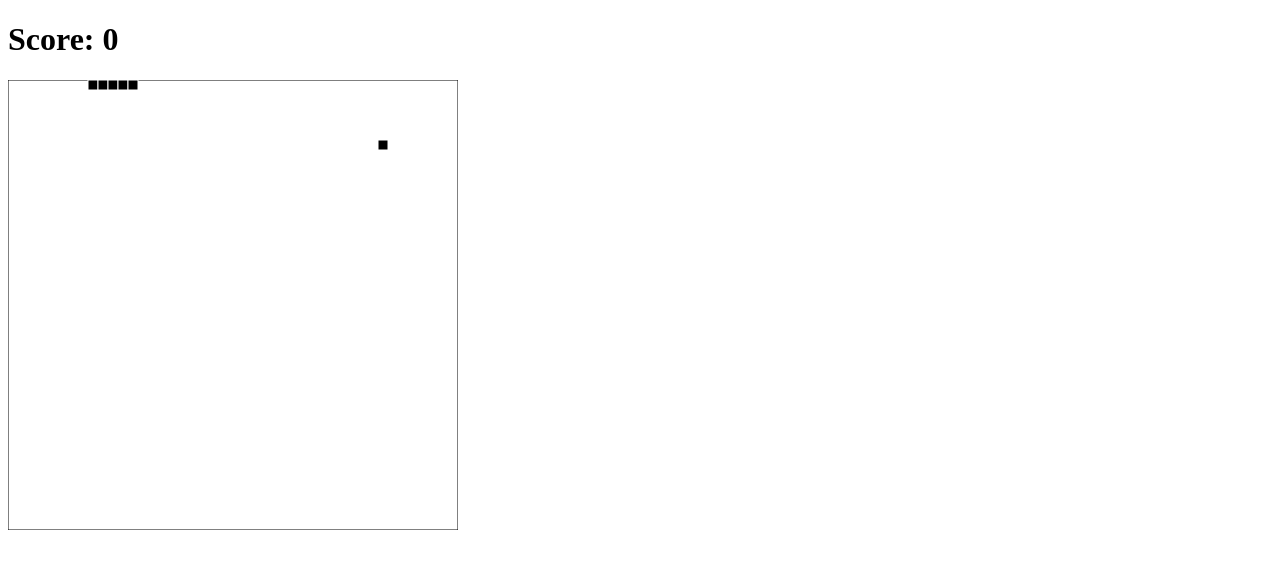
Repository: MasDhuha/games_classicSnake
Page: http://localhost/
The author's editor kept a record of every edit. The page is drawn from the files as they stood at one moment, then again after the next edit.
The browser window is 1280 px wide. The pictures show the whole page.
Some web libraries are served in a nearby version. The page is served by the project's Node server (index.js).

Above is the page before.

### index.html
<!DOCTYPE html>
<html>

<head>
    <title>Classic Snake Game</title>
    <script src="http://ajax.googleapis.com/ajax/libs/jquery/1.7.1/jquery.min.js" type="text/javascript"></script>
    <script type="text/javascript" src="/snake.js"></script>
    <script type="text/javascript" src="/environment.js"></script>
    <script type="text/javascript">
        var s = undefined;
        var env = undefined;
        var ctx = undefined;
        $(document).ready(function() {
            var canvas = $('#canvas')[0];
            ctx = canvas.getContext("2d");

            env = new environment(canvas, ctx);
            env.init();

            s = new snake(env, ctx);
            s.start();

        });
    </script>
</head>

<body>
    <h1>
        Score: <span id="score"></span>
    </h1>
    <canvas id="canvas" width="450" height="450"></canvas>
</body>

</html>

### index.js
var express = require('express');
var fs = require('fs');
var path = require('path');
var app = express();

app.use(express.static('public'));

app.get('/',function(req,res){
    res.sendFile(path.join(__dirname, './index.html'));
});

app.listen('3003','0.0.0.0',function(){
   console.log('started on port 3003') ;
});

### public/snake.js
 var snake = function(environment, ctx) {
     var that = this;

     this.ctx = ctx;
     this.env = environment;
     this.defaultSize = 10;
     this.initialSize = 5;
     this.body_array = [];
     this.locked = false;
     this.direction = 'r';
     this.intervalEngine = undefined;
     this.currentFood = {};

     this.start = function() {
         that.env.clear();

         that.body_array = [];
         that.direction = 'r';
         that.locked = false;

         if (that.intervalEngine != undefined) {
             clearInterval(that.intervalEngine);
         }

         for (var i = 0; i < this.initialSize; i++) {
             this.body_array.push({
                 x: i * this.defaultSize,
                 y: 0 * this.defaultSize,
             });
         }

         that.env.updateScore();

         that.intervalEngine = setInterval(function() {
             that.hasEaten();
             that.draw();
             that.move();
             that.checkColision();
         }, 100);

         document.onkeydown = this.checkDirections;

         that.createFood(true);
     }

     this.draw = function() {

         that.env.clear();

         that.createFood(false);

         this.body_array.forEach(function(item) {
             ctx.fillStyle = 'black';
             ctx.fillRect(item.x, item.y, that.defaultSize, that.defaultSize);
             ctx.strokeStyle = 'white';
             ctx.strokeRect(item.x, item.y, that.defaultSize, that.defaultSize);
         });
     }

     this.move = function() {
         var that = this;

         var lastItem = that.body_array[that.body_array.length - 1];

         this.body_array.splice(0, 1);

         if (that.direction == 'd') {
             this.body_array.push({
                 x: lastItem.x,
                 y: lastItem.y + 10
             });
         }

         if (that.direction == 'l') {
             this.body_array.push({
                 x: lastItem.x - 10,
                 y: lastItem.y
             });
         }

         if (that.direction == 'r') {
             this.body_array.push({
                 x: lastItem.x + 10,
                 y: lastItem.y
             });
         }

         if (that.direction == 'u') {
             this.body_array.push({
                 x: lastItem.x,
                 y: lastItem.y - 10
             });
         }

         that.locked = false;
     }

     this.checkDirections = function(e) {
         if (!that.locked) {
             if (e.key == 'ArrowLeft' && that.direction != 'r') {
                 that.direction = 'l'; //left
             }
             if (e.key == 'ArrowUp' && that.direction != 'd') {
                 that.direction = 'u'; //up
             }
             if (e.key == 'ArrowRight' && that.direction != 'l') {
                 that.direction = 'r'; //right
             }
             if (e.key == 'ArrowDown' && that.direction != 'u') {
                 that.direction = 'd'; //down
             }
         }

         that.locked = true;
     }

     this.checkColision = function() {
         var item = that.body_array[that.body_array.length - 1];
         var hasCollided = false;
         for (var i = 0; i < that.body_array.length - 2; i++) {
             if (that.body_array[i].x == item.x && that.body_array[i].y == item.y) {
                 hasCollided = true;
             }
         }

         if (hasCollided) {
             that.start();
             return;
         }

         if (item.x < 0 || item.x > 440 || item.y < 0 || item.y > 440) {
             that.start();
         }
     }

     this.hasEaten = function() {
         var item = that.body_array[that.body_array.length - 1];

         if (item.x == that.currentFood.x && item.y == that.currentFood.y) {
             that.createFood(true);
             that.body_array.push({
                 x: item.x,
                 y: item.y
             });
             that.env.score += 1;
             that.env.updateScore();
         }
     }

     this.createFood = function(newFood) {
         if (that.currentFood.x != undefined) {
             that.ctx.clearRect(that.currentFood.x, that.currentFood.y, that.defaultSize, that.defaultSize);
         }

         if (newFood) {
             that.currentFood.x = Math.floor((Math.random() * (440 - 0 + 1)) / 10) * 10;
             that.currentFood.y = Math.floor((Math.random() * (440 - 0 + 1)) / 10) * 10;
         }

         that.ctx.fillStyle = 'black';
         that.ctx.fillRect(that.currentFood.x, that.currentFood.y, that.defaultSize, that.defaultSize);
         that.ctx.strokeStyle = 'white';
         that.ctx.strokeRect(that.currentFood.x, that.currentFood.y, that.defaultSize, that.defaultSize);
     }
 }

### public/environment.js
 var environment = function(canvas, context) {
     this.canvas = canvas;
     this.ctx = context;
     this.w = $('#canvas').width();
     this.h = $('#canvas').height();
     this.score = 0;

     this.init = function() {
         this.ctx.fillStyle = "white";
         this.ctx.fillRect(0, 0, this.w, this.h);
         this.ctx.strokeStyle = "black";
         this.ctx.strokeRect(0, 0, this.w, this.h);
     }

     this.clear = function() {
         this.ctx.clearRect(0, 0, canvas.width, canvas.height);
         this.ctx.fillStyle = "white";
         this.ctx.fillRect(0, 0, this.w, this.h);
         this.ctx.strokeStyle = "black";
         this.ctx.strokeRect(0, 0, this.w, this.h);
     }

     this.updateScore = function(){
         $('#score').text(this.score);
     }
 }

After the next edit:
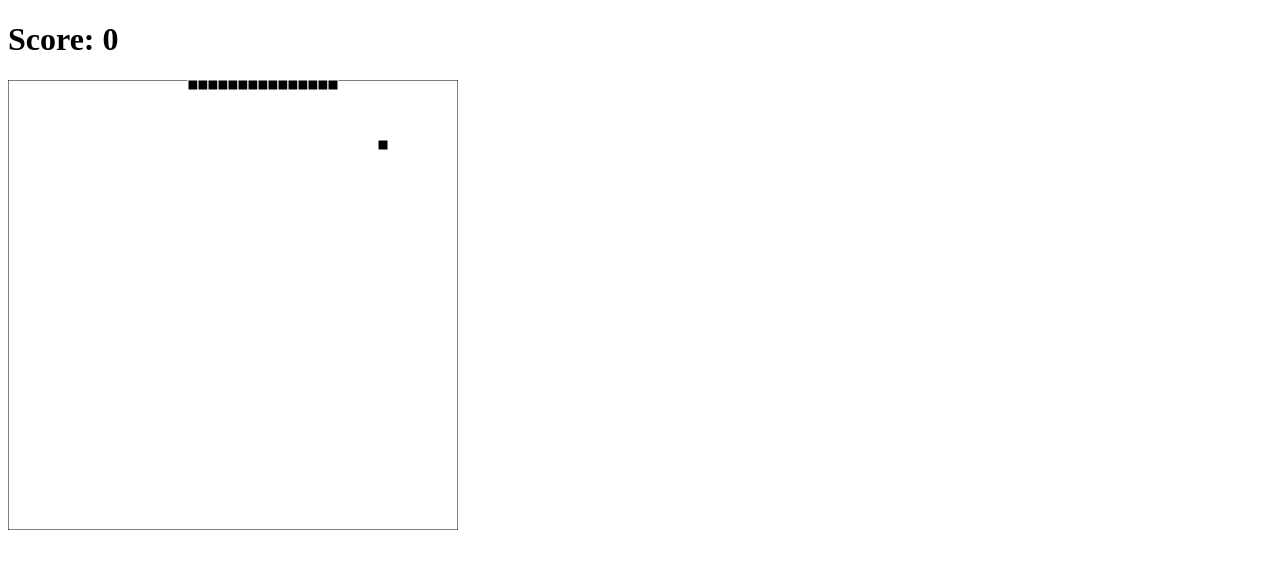
The edit:
--- a/public/snake.js
+++ b/public/snake.js
@@ -4,7 +4,7 @@
      this.ctx = ctx;
      this.env = environment;
      this.defaultSize = 10;
-     this.initialSize = 5;
+     this.initialSize = 15;
      this.body_array = [];
      this.locked = false;
      this.direction = 'r';
